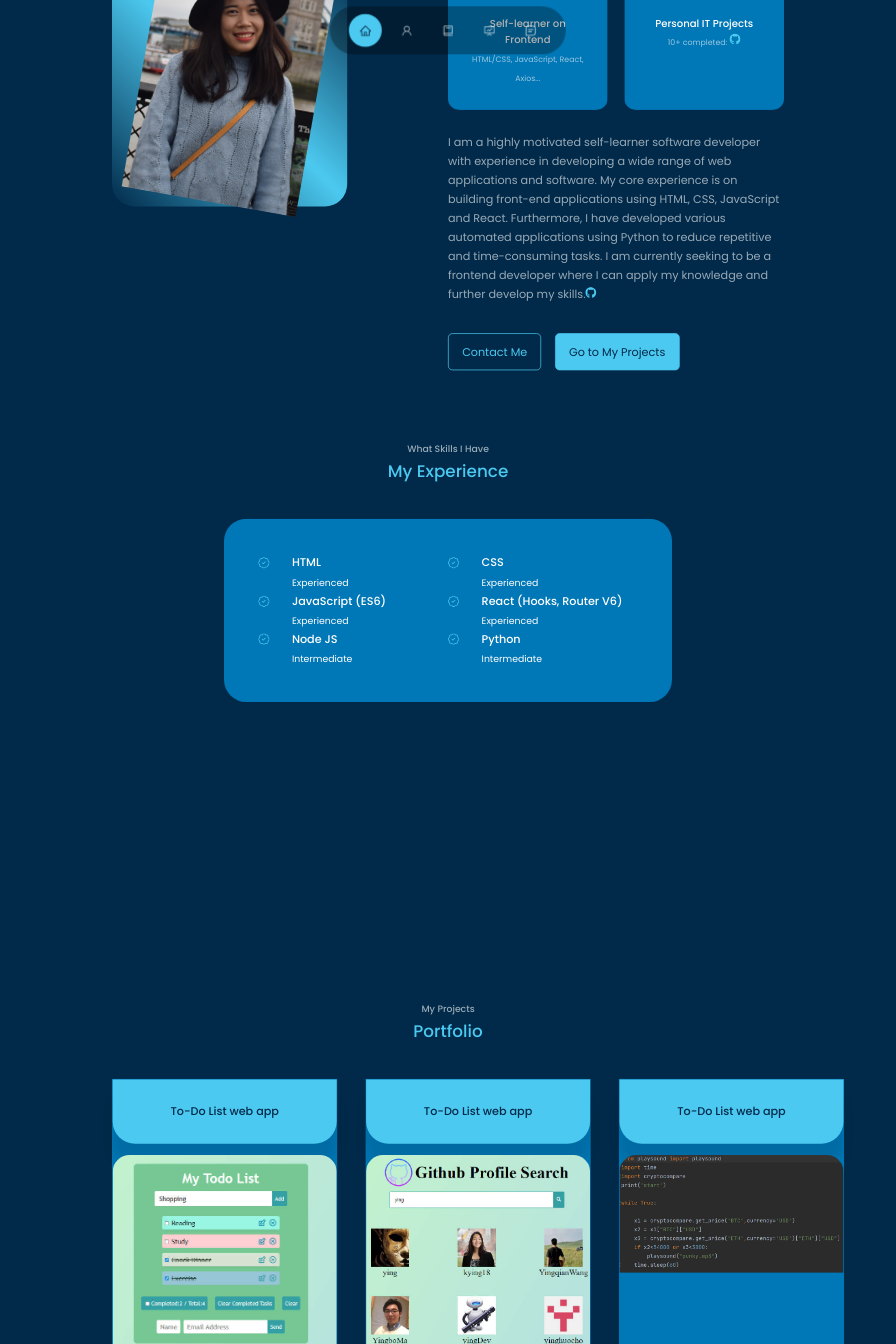
Repository: yingluo1020/react-portfolio-website
Page: /
These files come from the project's save history. The page is drawn as it stood at one moment and after the next save; the edit follows.
The browser window is 1280 px wide. The pictures show the part of the page from y = 610 to 2530 px (the page is 3983 px tall), at 70% of full size.
The project was rebuilt for these pictures with package versions that can differ from the ones it lists, and the page was loaded fresh each time. Imported but missing from the stored project, and not drawn on this page: src/assets/cv1.pdf.

Above is the page before, as saved 2022-03-16 10:34:44.

After the next save:
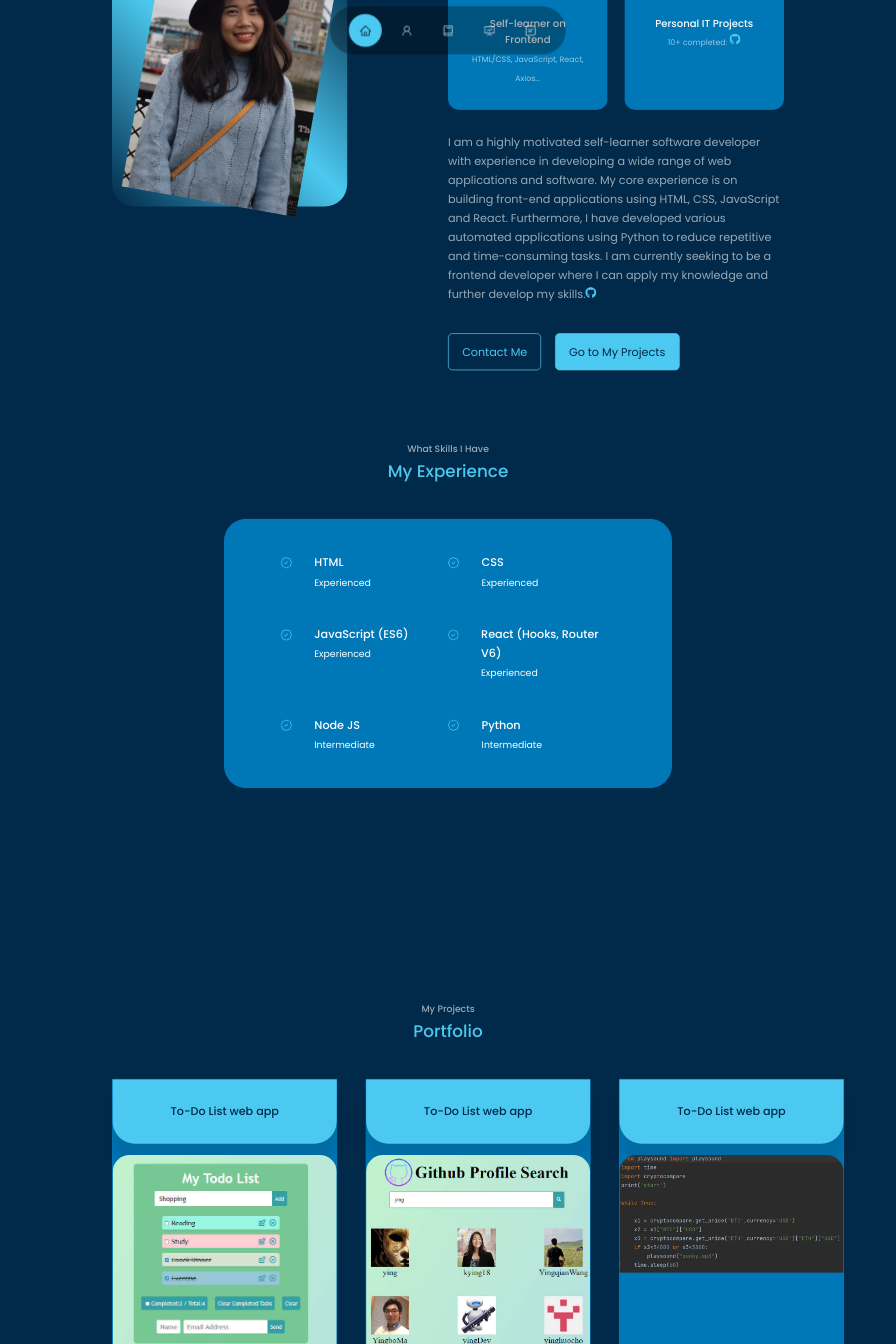
Saved 13 s later.
--- a/src/components/experience/experience.css
+++ b/src/components/experience/experience.css
@@ -3,9 +3,9 @@
     display: grid;
     grid-template-columns: 1fr 1fr;
     justify-items:  stretch;
-    row-gap: 3rem 5rem;
+    row-gap: 3rem ;
     background: var(--color-bg-variant);
-    padding: 3rem;
+    padding: 3rem 5rem;
     border-radius: 2rem;
     border: 1px solid transparent;
     transition: var(--transition);
